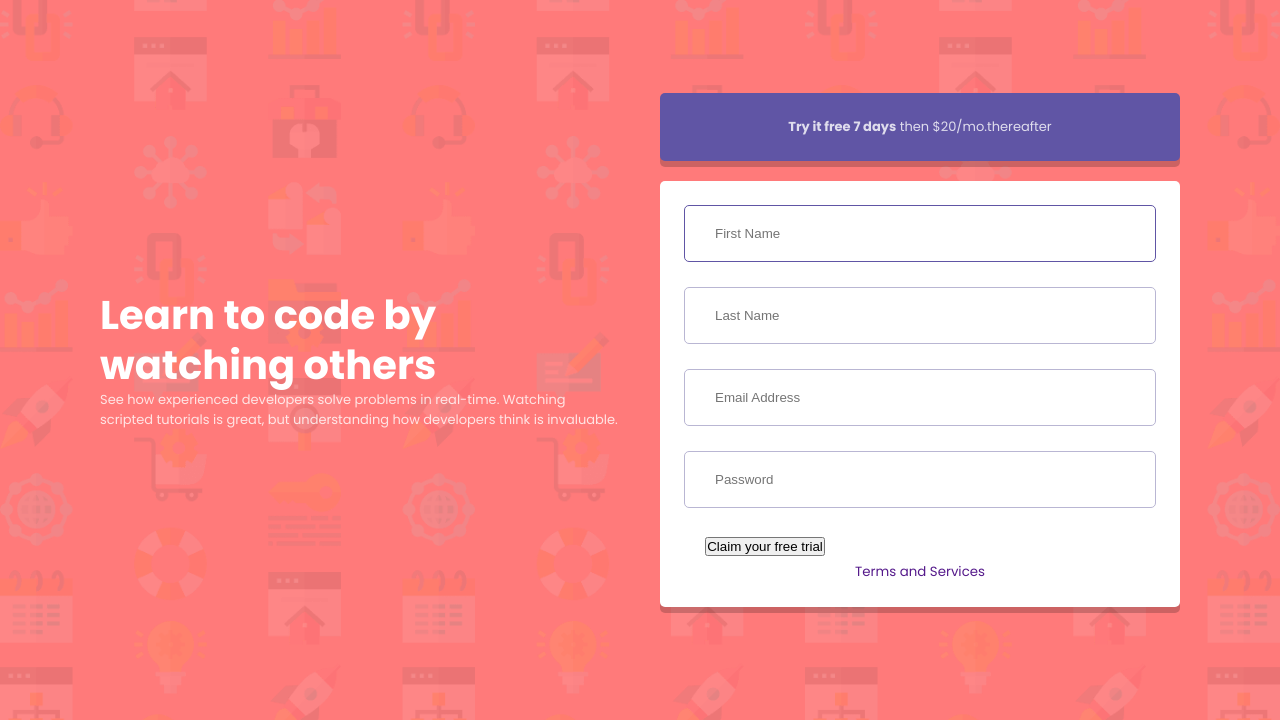
Repository: Akashiii1/WebSignup_Form_Day2
Page: index.html
These files come from the project's save history. The page is drawn as it stood at one moment and after the next save; the edit follows.
The browser window is 1280 px wide. The pictures show the whole page.
The first visible `input` is being pressed.

Above is the page before, as saved 2021-12-19 17:01:24.

### index.html
<!DOCTYPE html>
<html lang="en">
  <head>
    <meta charset="UTF-8" />
    <meta name="viewport" content="width=device-width, initial-scale=1.0" />
    <!-- displays site properly based on user's device -->

    <link
      rel="icon"
      type="image/png"
      sizes="32x32"
      href="./images/favicon-32x32.png"
    />

    <title>Frontend Mentor | Intro component with sign up form</title>

    <!-- Feel free to remove these styles or customise in your own stylesheet 👍 -->
    <link rel="stylesheet" href="style.css" />
    <style>
      .attribution {
        font-size: 11px;
        text-align: center;
      }

      .attribution a {
        color: hsl(228, 45%, 44%);
      }
    </style>
  </head>

  <body>
    <!--




  First Name
  Last Name
  Email Address
  Password



   -->
    <div class="container">
      <div>
        <h1>Learn to code by watching others</h1>
        <p>
          See how experienced developers solve problems in real-time. Watching
          scripted tutorials is great, but understanding how developers think is
          invaluable.
        </p>
      </div>
      <div>
        <div class="box box-blue">
          <p><strong> Try it free 7 days</strong> then $20/mo.thereafter</p>
        </div>
        <form action="" class="box">
          <div class="form-control">
            <input type="text" id="firstName" placeholder="First Name"/>
            <small>FirstName cannot be empty</small>
          </div>
          <div class="form-control">
            <input type="text" id="lastName" placeholder="Last Name"/>
            <small>LastName cannot be empty</small>
          </div>
          <div class="form-control">
            <input type="email" id="email" placeholder="Email Address"/>
            <small> Email cannot be empty </small>
            <!-- <small> Email is not valid</small> -->

          </div>
          <div class="form-control">
            <input type="password" id="passWord" placeholder="Password"/>
            <small> Password cannot be empty </small>
          </div>
          <button>Claim your free trial</button>
          <small
            >By clicking the button, you are agreeing to our
            <a href="">Terms and Services</a></small
          >
        </form>
      </div>
    </div>
    <!-- <footer>
      <p class="attribution">
        Challenge by
        <a href="https://www.frontendmentor.io?ref=challenge" target="_blank"
          >Frontend Mentor</a
        >. Coded by <a href="#">Your Name Here</a>.
      </p>
    </footer> -->
    <script src="app.js"></script>
  </body>
</html>

### style.css
@import url('https://fonts.googleapis.com/css2?family=Poppins:wght@400;500;600;700&display=swap');
html {
box-sizing: border-box;
font-size: 100%;
}
*{
margin: 0;
padding: 0;
}
*,*:before,*:after {
box-sizing: border-box;
}
input,
textarea,
select,
button{
outline: none;
}
input{
line-height: normal;
}
label,
button{
cursor: pointer;
}
a {
text-decoration: none;
}
img {
display: block;
max-width: 100%;
}
body{
  font-family: 'Poppins', sans-serif;
  background-image: url(images/bg-intro-desktop.png);
  background-size: cover;
  background-color: hsl(0, 100%, 74%) ;
  color: #fff;
  /* display: flex;
  justify-content: center;
  align-items: center; */
}
.container{
  display: flex;
  flex-wrap: wrap;
  max-width: 1200px;
  padding: 40px;
  justify-content: center;
  align-items: center;
  min-height: 100vh;
  margin-left: auto;
  margin-right: auto;
}
.container > div{
  flex: 1;
  padding: 0 20px;
}
.container h1{
  font-size: 40px;
  line-height: 50px;
}
.container p{
  opacity: 0.8;
  font-size: 13px;
}
.box{
  box-shadow: 0 6px rgba(0,0,0,.2);
  background-color: #fff;
  border-radius: 5px;
  margin-bottom: 20px;
  padding: 24px;
  text-align: center;
}
.box-blue{
  background-color: hsl(248, 32%, 49%) ;
}
.box p{

}
input{
  display: block;
  width: 100%;
  padding: 20px 30px;
  border-radius: 5px;
  outline: none;
  border: 1px solid hsl(246, 25%, 77%) ;
}
input:active{
  border-color: hsl(248, 32%, 49%);
}

Loaded but not shown: app.js (no stored copy; drawn as an empty file)

After the next save:
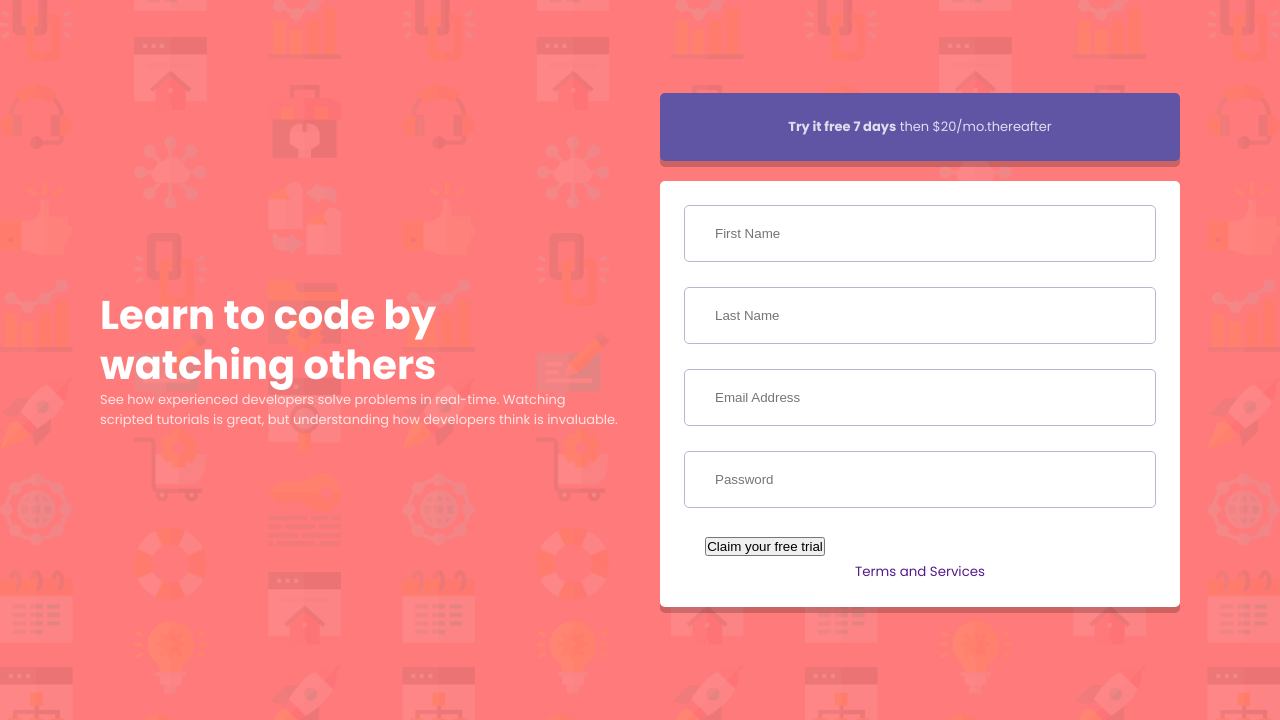
Saved 14 s later.
--- a/style.css
+++ b/style.css
@@ -85,6 +85,6 @@ input{
   outline: none;
   border: 1px solid hsl(246, 25%, 77%) ;
 }
-input:active{
+input:focus{
   border-color: hsl(248, 32%, 49%);
 }
